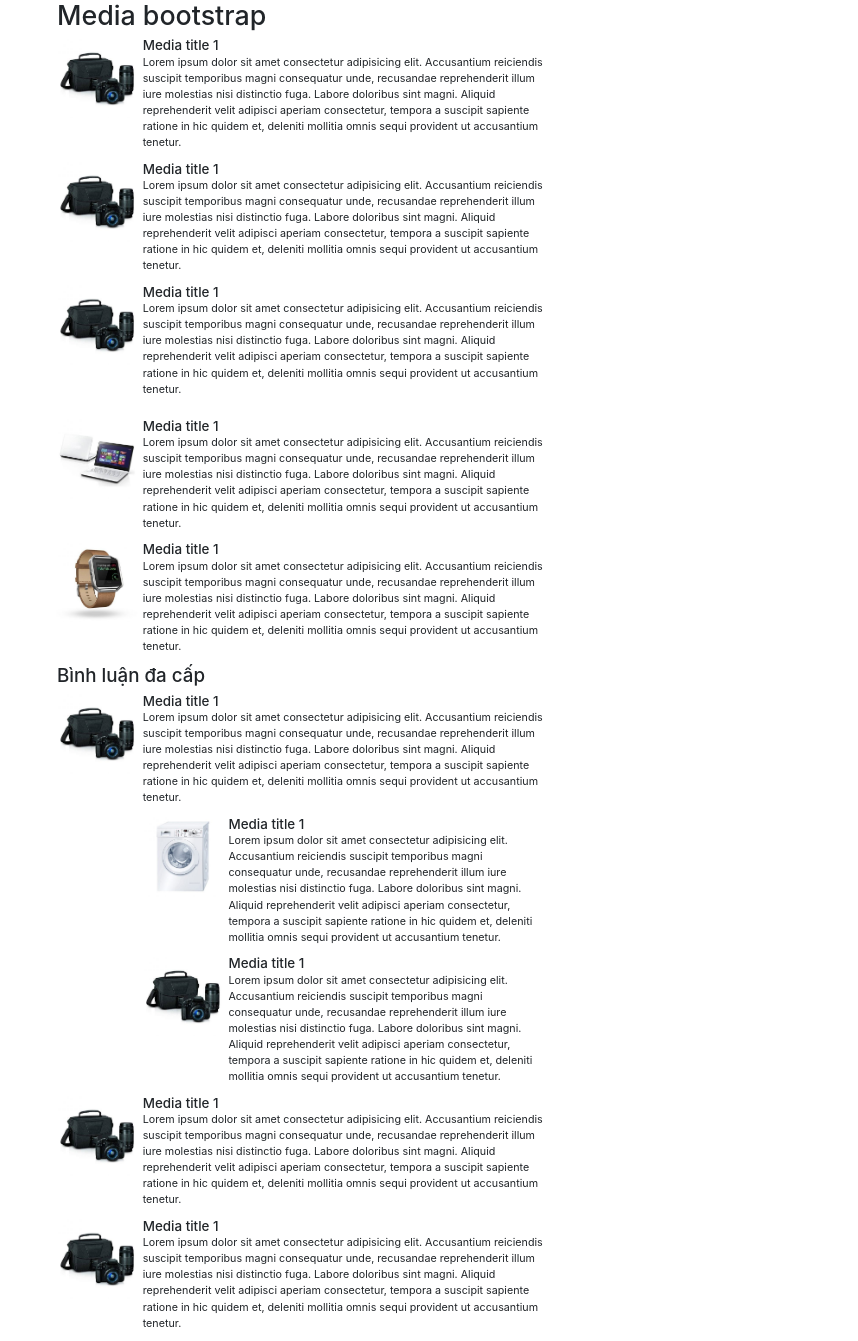
Repository: anhtu2110/front_end
Page: lesson/bootstrap/advance/5.24-media-comment.html
An editor plug-in stored every save of this project. The page is shown before and after the next save, followed by the edit.
The browser window is 1280 px wide. The pictures show the whole page, at 67% of full size.

Above is the page before, as saved 2022-12-19 15:03:10.

After the next save:
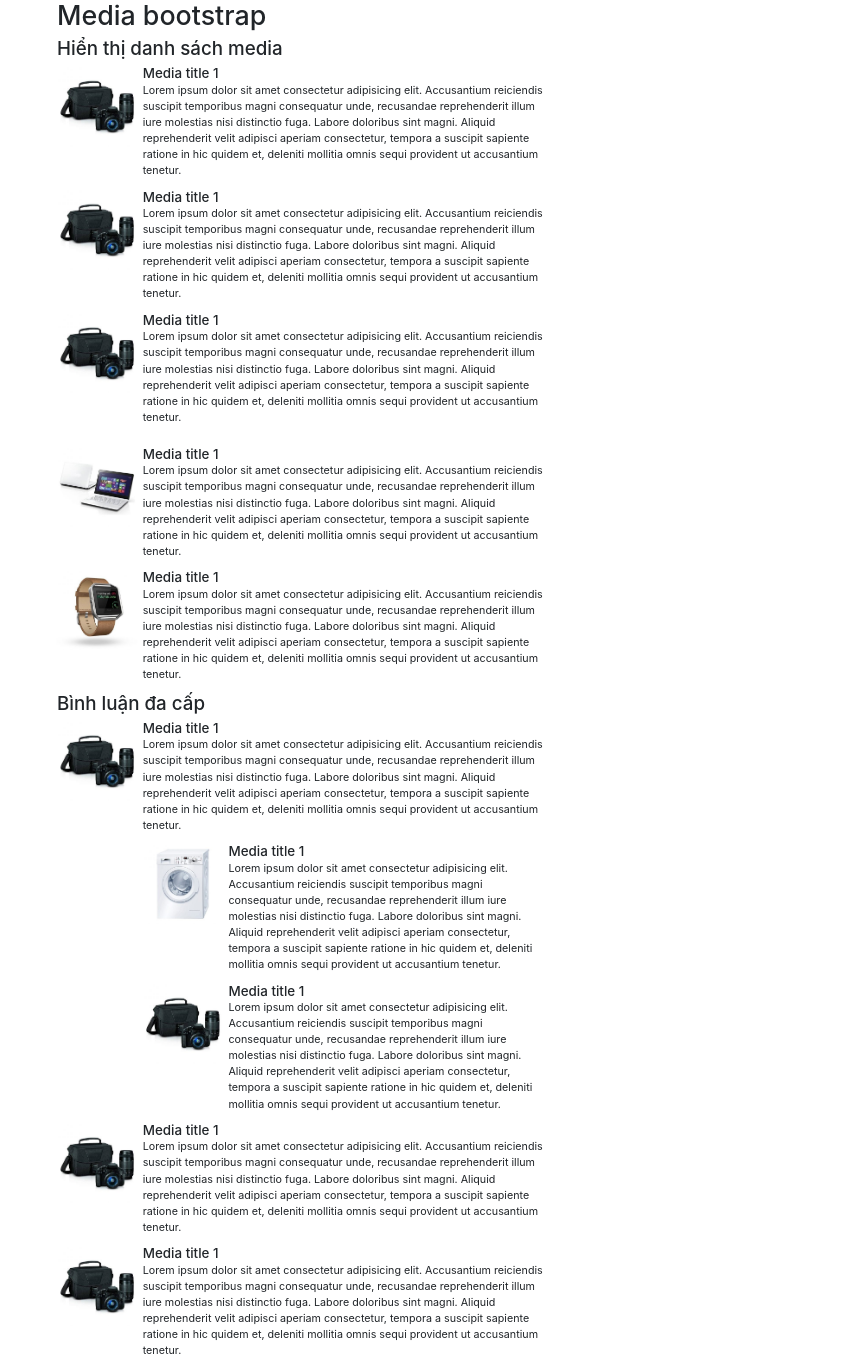
Saved 32 s later.
--- a/lesson/bootstrap/advance/5.24-media-comment.html
+++ b/lesson/bootstrap/advance/5.24-media-comment.html
@@ -20,7 +20,7 @@
             <div class="col-md-8">
                 <h1>Media bootstrap</h1>
 
-
+                <h3>Hiển thị danh sách media</h3>
                 <ul class="list-unstyled">
                     <li class="media">
                         <img class="align-self-start mr-2" style="height: 120px;" src="./images/product-3.jpg" alt="">
